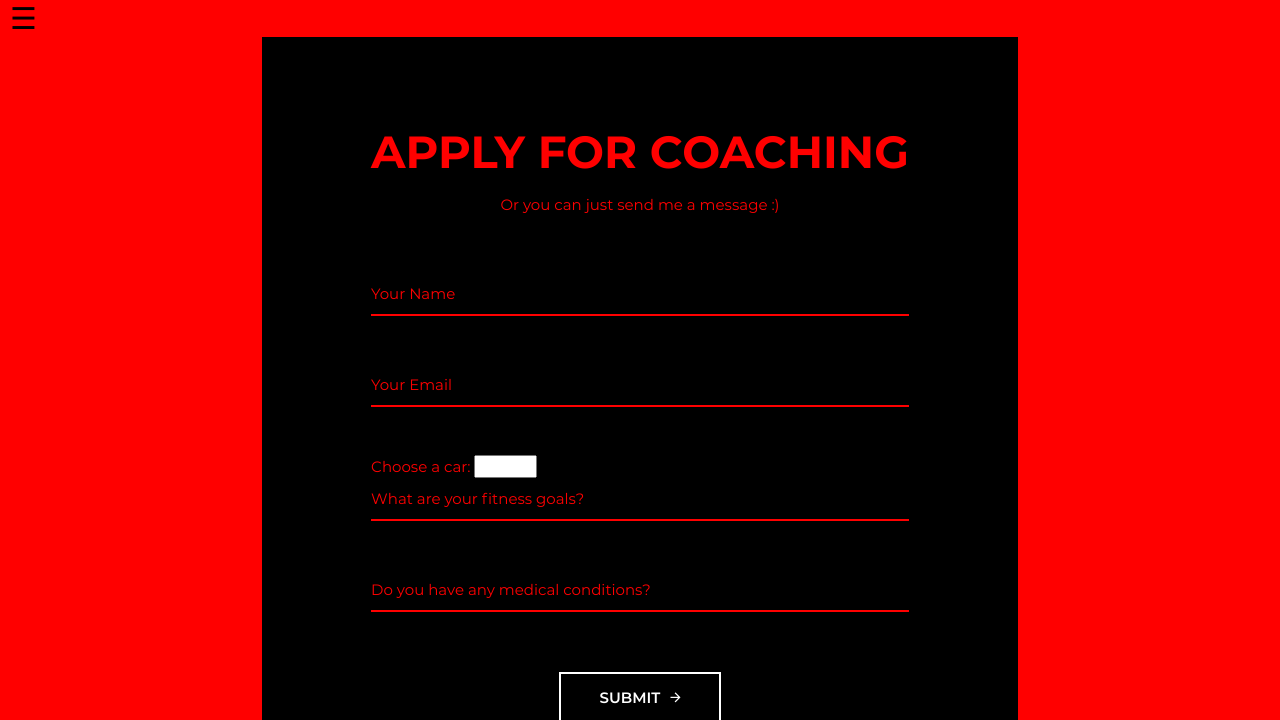
Repository: mamadont/MamadouFitnessWebsite
Page: pages-html/contact-me.html
An editor plug-in stored every save of this project. The page is shown before and after the next save, followed by the edit.
The browser window is 1280 px wide. The pictures show the whole page.
An inner scrolling area shows only its first screen. Some web libraries are served in a nearby version.

Above is the page before, as saved 2020-07-08 01:18:40.

### pages-html/contact-me.html
<!DOCTYPE html>
<html>

<head>
    <title>Mamadou Fitness</title>
    <link rel="stylesheet" href='../pages-css/contact.css'>
    <meta name="viewport" content="width=device-width, initial-scale=1.0">

    <!-- Animate.CSS-->
    <link rel="stylesheet" href="https://cdnjs.cloudflare.com/ajax/libs/animate.css/4.0.0/animate.min.css" />
    <!-- Font Awesome -->
    <script src="https://kit.fontawesome.com/0a51dc7bb6.js" crossorigin="anonymous"></script>

    <!-- MATERIAL DESIGN ICONIC FONT -->
    <link rel="stylesheet" href="../fonts/material-design-iconic-font/css/material-design-iconic-font.min.css">

</head>

<body>
    <!-- Parent container-->
    <div id="main" class="bg animate__animated animate__slideInLeft">
        <!-- Hamburger Icon-->
        <span class="menu-icon" onclick="openNav()">&#9776; </span>

        <!-- START: Contact form -->
        <div class="wrapper">
            <div class="inner">
                <form action="">
                    <h3>Apply for Coaching</h3>
                    <p>Or you can just send me a message :)</p>
                    <label class="form-group">
						<input type="text" class="form-control"  required>
						<span>Your Name</span>
						<span class="border"></span>
					</label>
                    <label class="form-group">
						<input type="text" class="form-control"  required>
						<span for="">Your Email</span>
						<span class="border"></span>
                    </label>
                    <label class="form-group"></label>

                    <label for="cars">Choose a car:</label>
                    <select name="cars" id="cars">
                            <option value="volvo">Volvo</option>
                            <option value="saab">Saab</option>
                            <option value="opel">Opel</option>
                            <option value="audi">Audi</option>
                        </select>
                    <span class="border"></span>
                    </label>
                    <label class="form-group">
						<textarea name="" id="" class="form-control" required></textarea>
						<span for="">What are your fitness goals?</span>
						<span class="border"></span>
                    </label>
                    <label class="form-group">
						<textarea name="" id="" class="form-control" required></textarea>
						<span for="">Do you have any medical conditions?</span>
						<span class="border"></span>
					</label>
                    <button>Submit
						<i class="zmdi zmdi-arrow-right"></i>
					</button>
                </form>
            </div>
        </div>
        <!-- END: Contact form -->

    </div>

    <!-- Side menu-->
    <div id="myNav" class="overlay">
        <a href="javascript:void(0)" class="closebtn" onclick="closeNav()">&times;</a>
        <div class="overlay-content">
            <!-- Menu Options -->
            <a href="../index.html">Home</a>
            <a href="./about-me.html">About me</a>
            <a href="./social-media.html">Social Media</a>
            <a href="#">Workout Programs</a>
            <a href="#">Shop</a>
            <a href="./contact-me.html">Apply for Coaching</a>
        </div>
    </div>

    <!-- Javascript for this page-->
    <script src="../scripts/script.js"></script>




    <!-- Necessary script tags for Bootstrap-->
    <script src="https://code.jquery.com/jquery-3.5.1.slim.min.js" integrity="sha384-DfXdz2htPH0lsSSs5nCTpuj/zy4C+OGpamoFVy38MVBnE+IbbVYUew+OrCXaRkfj" crossorigin="anonymous"></script>
    <script src="https://cdn.jsdelivr.net/npm/popper.js@1.16.0/dist/umd/popper.min.js" integrity="sha384-Q6E9RHvbIyZFJoft+2mJbHaEWldlvI9IOYy5n3zV9zzTtmI3UksdQRVvoxMfooAo" crossorigin="anonymous"></script>
</body>

</html>

### pages-css/contact.css
/* Background Image */

body,
html {
    height: 100%;
    font-family: "Montserrat-Regular";
    color: red;
    font-size: 15px;
    margin: 0;
    overflow-x: hidden;
    background-color: red;
}

.bg {
    /* The image used */
    background-color: red;
    /* Full height */
    height: 100%;
    /* Center and scale the image nicely */
    background-position: center;
    background-repeat: no-repeat;
    background-size: cover;
    z-index: -1;
}


/* Hamburger (Menu) icon */

.menu-icon {
    font-size: 30px;
    cursor: pointer;
    padding-left: 10px;
    color: black;
    height: 300px;
    width: 300px;
}


/* Menu overlay */

.overlay {
    height: 100%;
    width: 0;
    position: fixed;
    z-index: 1;
    top: 0;
    left: 0;
    background-color: rgb(0, 0, 0);
    background-color: rgba(0, 0, 0, 0.9);
    overflow-x: hidden;
    transition: 0.5s;
}

.overlay-content {
    position: relative;
    top: 25%;
    width: 100%;
    text-align: center;
    margin-top: 30px;
}

.overlay a {
    padding: 8px;
    text-decoration: none;
    font-size: 36px;
    color: #818181;
    display: block;
    transition: 0.3s;
}

.overlay a:hover,
.overlay a:focus {
    color: red;
    text-decoration: none;
}

.overlay .closebtn {
    position: absolute;
    top: 20px;
    right: 45px;
    font-size: 60px;
}

@media screen and (max-height: 450px) {
    .overlay a {
        font-size: 20px
    }
    .overlay .closebtn {
        font-size: 40px;
        top: 15px;
        right: 35px;
    }
}


/* Contact form */

@font-face {
    font-family: "Montserrat-Regular";
    src: url("../fonts/Montserrat/Montserrat-Regular.ttf");
}

@font-face {
    font-family: "Montserrat-Bold";
    src: url("../fonts/Montserrat/Montserrat-Bold.ttf");
}

@font-face {
    font-family: "Montserrat-SemiBold";
    src: url("../fonts/Montserrat/Montserrat-SemiBold.ttf");
}

* {
    -webkit-box-sizing: border-box;
    -moz-box-sizing: border-box;
    box-sizing: border-box;
}

input,
textarea,
select,
button {
    font-family: "Montserrat-Regular";
    color: #fff;
    font-size: 15px;
}

p,
h1,
h2,
h3,
h4,
h5,
h6,
ul {
    margin: 0;
}

img {
    max-width: 100%;
}

ul {
    padding-left: 0;
    margin-bottom: 0;
}

a:hover {
    text-decoration: none;
}

 :focus {
    outline: none;
}

.wrapper {
    min-height: 100vh;
    display: flex;
    align-items: center;
    background-size: cover;
}

.inner {
    max-width: 758px;
    margin: auto;
    background: black;
    border: 10px solid black;
    padding: 77px 99px 87px;
    /* box-shadow: 0px 0px 10px 0px rgba(0, 0, 0, 0.2);
    -webkit-box-shadow: 0px 0px 10px 0px rgba(0, 0, 0, 0.2);
    -moz-box-shadow: 0px 0px 10px 0px rgba(0, 0, 0, 0.2);
    -ms-box-shadow: 0px 0px 10px 0px rgba(0, 0, 0, 0.2);
    -o-box-shadow: 0px 0px 10px 0px rgba(0, 0, 0, 0.2); */
}

textarea {
    resize: none;
}

h3 {
    text-transform: uppercase;
    font-size: 45px;
    font-family: "Montserrat-Bold";
    text-align: center;
    margin-bottom: 12px;
}

p {
    text-align: center;
    padding: 0 10px;
    margin-bottom: 55px;
    line-height: 1.8;
}

.form-group {
    position: relative;
    display: block;
    margin-bottom: 48px;
}

.form-group span {
    font-size: 15px;
    color: red;
    position: absolute;
    top: 11px;
    transition: all .2s ease;
    transform-origin: 0 0;
    cursor: text;
}

.form-group span.border {
    height: 2px;
    display: block;
    position: absolute;
    width: 100%;
    left: 0;
    top: 41px;
    transform: scaleX(0);
    transition: all .15s ease;
    background: #fff;
}

.form-control {
    border: none;
    border-bottom: 2px solid red;
    display: block;
    width: 100%;
    height: 43px;
    font-size: 15px;
    background: none;
    font-family: "Montserrat-SemiBold";
}

.form-control:focus,
.form-control:valid {
    border-bottom: 2px solid #fff;
}

.form-control:focus+span,
.form-control:valid+span {
    transform: translateY(-22px) scale(0.8);
}

.form-control:focus+span+.border,
.form-control:valid+span+.border {
    transform: scaleX(1);
}

textarea.form-control {
    padding-top: 10px;
    padding-bottom: 10px;
}

button {
    border: none;
    width: 162px;
    height: 51px;
    border: 2px solid #fff;
    margin: auto;
    margin-top: 60px;
    cursor: pointer;
    display: flex;
    align-items: center;
    justify-content: center;
    padding: 0;
    background: none;
    color: #fff;
    text-transform: uppercase;
    font-family: "Montserrat-SemiBold";
    -webkit-transform: perspective(1px) translateZ(0);
    transform: perspective(1px) translateZ(0);
    position: relative;
    -webkit-transition-property: color;
    transition-property: color;
    -webkit-transition-duration: 0.3s;
    transition-duration: 0.3s;
}

button i {
    margin-left: 10px;
    -webkit-transform: translateZ(0);
    transform: translateZ(0);
    -webkit-transition-duration: 0.1s;
    transition-duration: 0.1s;
    -webkit-transition-property: transform;
    transition-property: transform;
    -webkit-transition-timing-function: ease-out;
    transition-timing-function: ease-out;
}

button:before {
    content: "";
    position: absolute;
    z-index: -1;
    top: 0;
    left: 0;
    right: 0;
    bottom: 0;
    background: red;
    -webkit-transform: scaleX(0);
    transform: scaleX(0);
    -webkit-transform-origin: 0 50%;
    transform-origin: 0 50%;
    -webkit-transition-property: transform;
    transition-property: transform;
    -webkit-transition-duration: 0.3s;
    transition-duration: 0.3s;
    -webkit-transition-timing-function: ease-out;
    transition-timing-function: ease-out;
}

button:hover {
    border-color: transparent;
}

button:hover:before {
    -webkit-transform: scaleX(1);
    transform: scaleX(1);
}

button:hover i {
    -webkit-transform: translateX(4px);
    transform: translateX(4px);
}

@media (max-width: 767px) {
    h3 {
        font-size: 38px;
    }
    p {
        font-size: 14px;
        padding: 0;
    }
    .inner {
        padding: 27px 20px 37px;
        border: none;
        box-shadow: none;
        -webkit-box-shadow: none;
        -moz-box-shadow: none;
        -ms-box-shadow: none;
        -o-box-shadow: none;
    }
    .wrapper {
        background: black;
        border: 10px solid red;
    }
}


/*# sourceMappingURL=style.css.map */

### scripts/script.js
function openNav() {
    // Changes width based on the width of the viewport (30% for larger screens, 100% for smaller screens)
    if (window.innerWidth < 1280) {
        document.getElementById("myNav").style.width = "100%";
    } else {
        document.getElementById("myNav").style.width = "30%";
    }

    document.getElementById("main").style.opacity = 0.5;



}

function closeNav() {
    document.getElementById("myNav").style.width = "0%";
    document.getElementById("main").style.opacity = 1.0
}

Loaded but not shown: fonts/material-design-iconic-font/css/material-design-iconic-font.min.css (library)

After the next save:
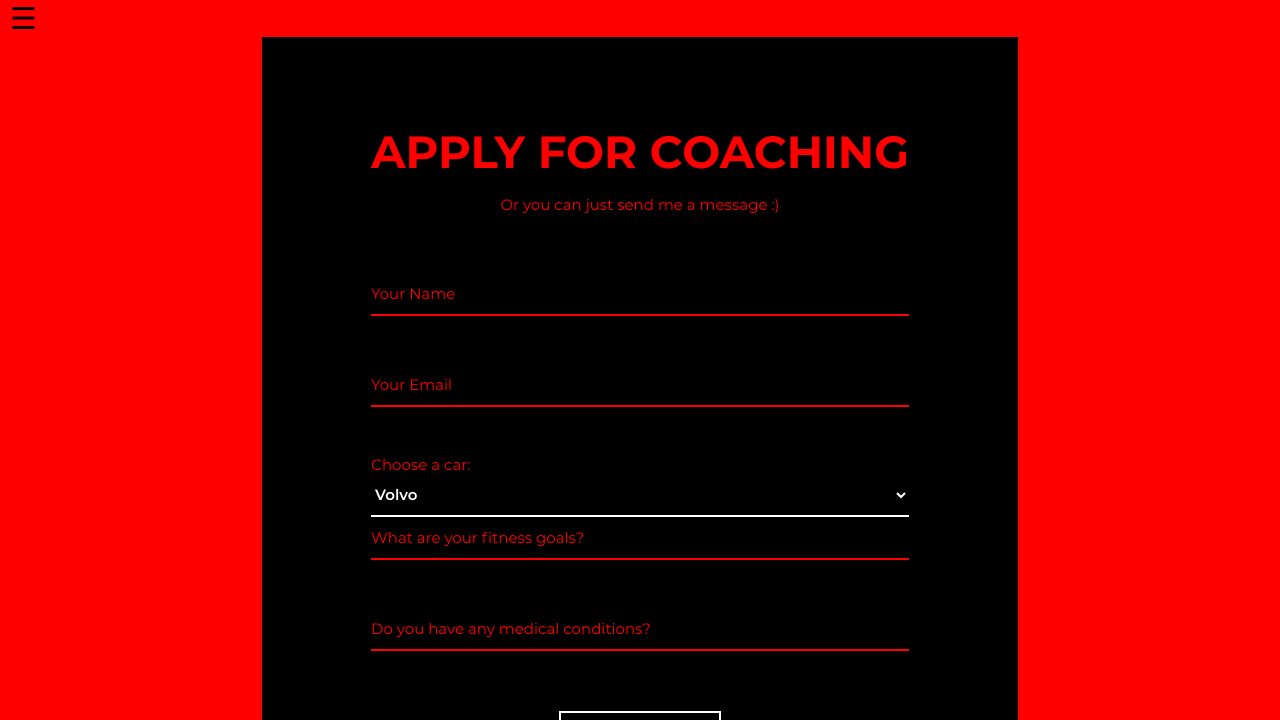
Saved 26 s later.
--- a/pages-html/contact-me.html
+++ b/pages-html/contact-me.html
@@ -41,7 +41,7 @@
                     <label class="form-group"></label>
 
                     <label for="cars">Choose a car:</label>
-                    <select name="cars" id="cars">
+                    <select class="form-control" name="cars" id="cars">
                             <option value="volvo">Volvo</option>
                             <option value="saab">Saab</option>
                             <option value="opel">Opel</option>
